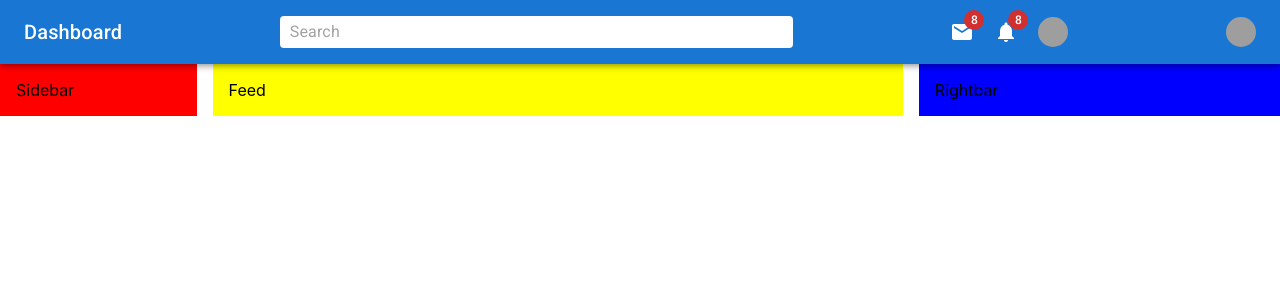
Repository: abubaker-cs/mui5_dashboard
Page: /
An editor plug-in stored every save of this project. The page is shown before and after the next save, followed by the edit.
The browser window is 1280 px wide. The pictures show the whole page.
Pictures or frames that could not be fetched are drawn as grey boxes. The project was rebuilt for these pictures with package versions that can differ from the ones it lists, and the page was loaded fresh each time. Also part of the build but not shown: src/App.css.

Above is the page before, as saved 2022-07-17 06:30:21.

After the next save:
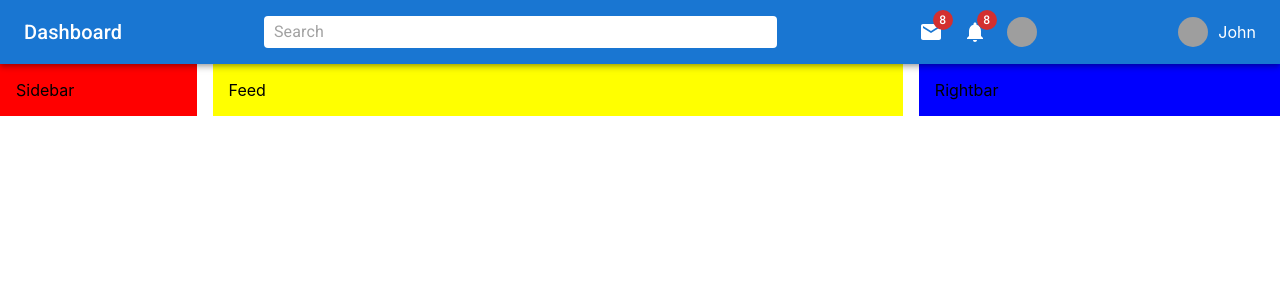
Saved 77 s later.
--- a/src/components/Navbar.jsx
+++ b/src/components/Navbar.jsx
@@ -80,6 +80,7 @@ const Navbar = () => {
             sx={{ width: 30, height: 30 }}
             src="https://i.pravatar.cc/300"
           />
+          <Typography variant="small">John</Typography>
         </UserBox>
       </StyledToolbar>
     </AppBar>
